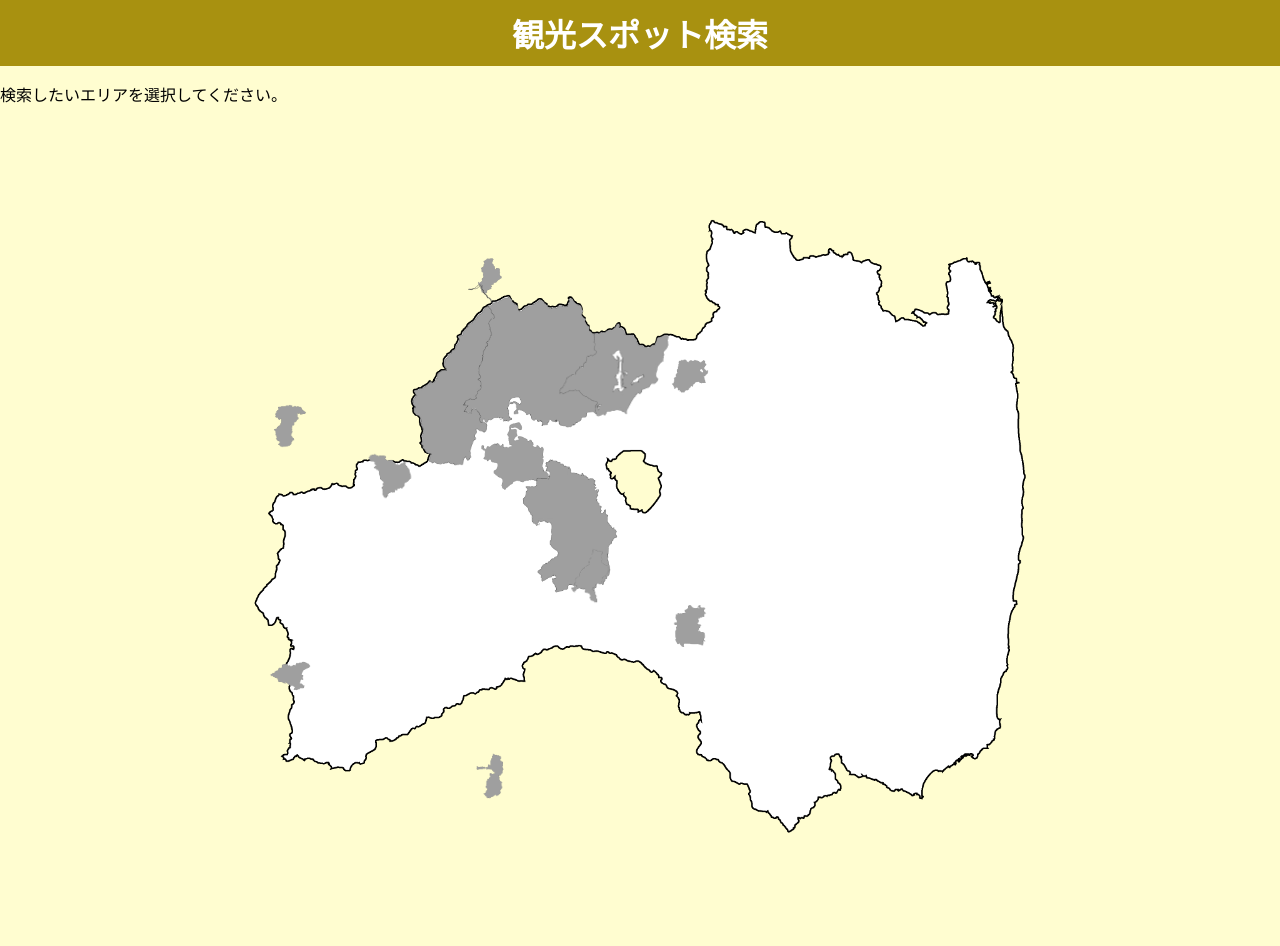
Repository: ryoutana/tanaryou.github.io
Page: Downloads/project/index.html
These files come from the project's save history. The page is drawn as it stood at one moment and after a run of saves; the edit follows.
The browser window is 1280 px wide. The pictures show the whole page.

Above is the page before, as saved 2025-04-29 12:52:30.

After the next 3 saves:
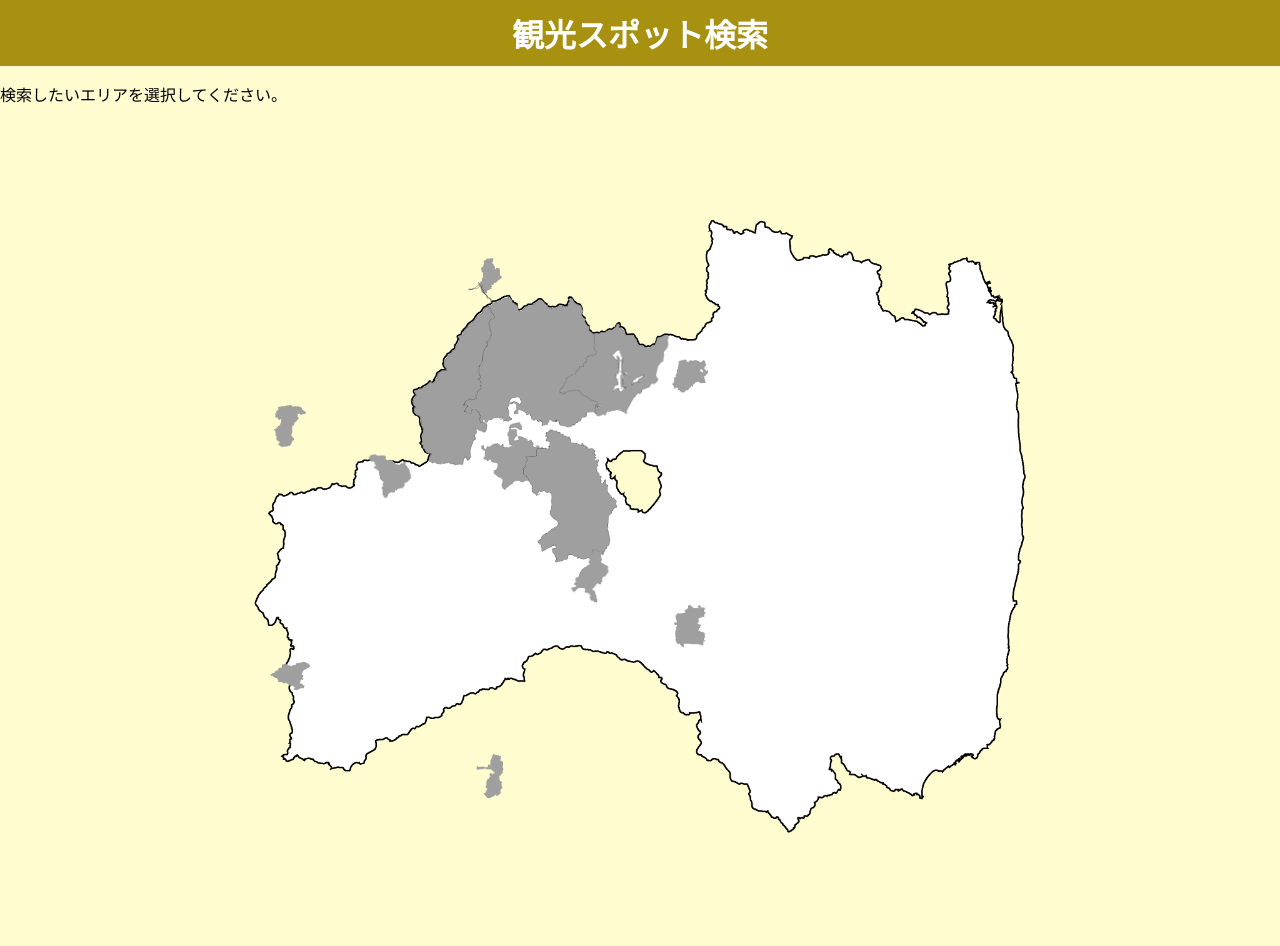
The 3 saves are shown as one change because they came seconds apart.
The last was saved 7 s later.
--- a/Downloads/project/script.js
+++ b/Downloads/project/script.js
@@ -3,7 +3,7 @@
 // スポットデータ（座標は地図画像内の相対的なピクセル位置）
 const spots = [
     { name: '会津坂下町', img: '会津坂下町(白地図).png', x: 275, y: 330, width: 80 },
-    { name: '会津若松市', img: '会津若松市(白地図).png', x: 330, y: 400, width: 150 },
+    { name: '会津若松市', img: '会津若松市(白地図).png', x: 330, y: 370, width: 150 },
     { name: '会津美里町', img: '会津美里町(白地図).png', x: 250, y: 150, width: 40 },
     { name: '喜多方市', img: '喜多方市(白地図).png', x: 291, y: 230, width: 170 },
     { name: '金山町', img: '金山町(白地図).png', x: 450, y: 250, width: 45 },
